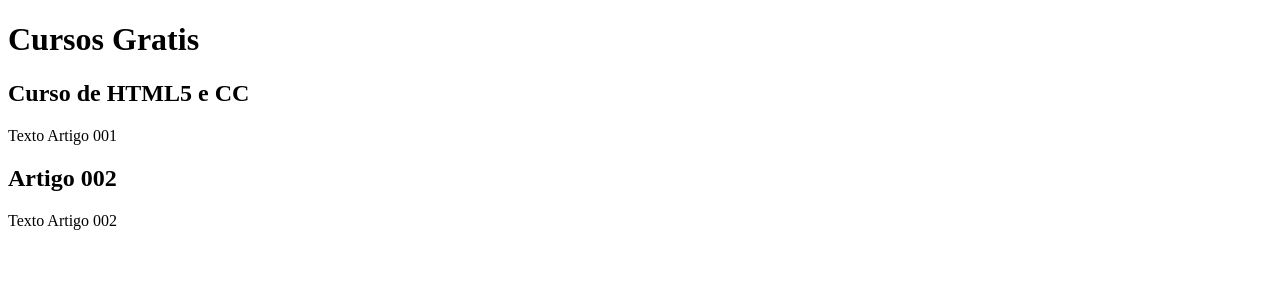
Repository: AnthonyLuanSantos/projeto-site
Page: index.html
The author's editor kept a copy of each file at every save. The page is drawn from the files as they stood at one save, then again after the next save.
The browser window is 1280 px wide. The pictures show the whole page.

Above is the page before, as saved 2024-08-18 20:38:19.

After the next save:
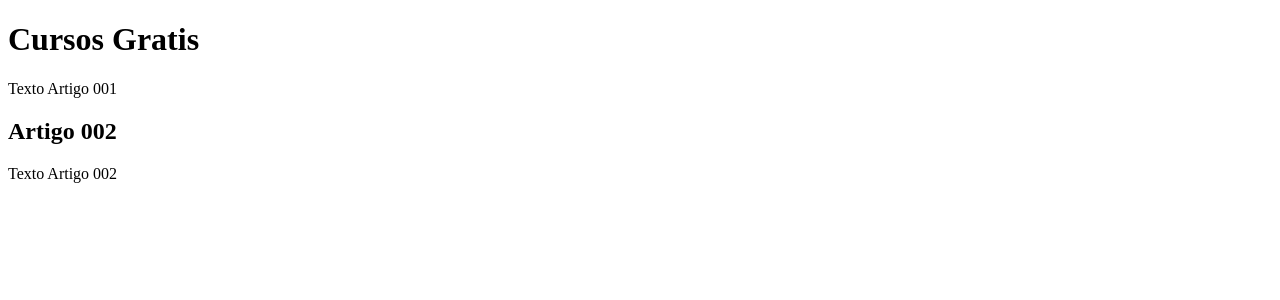
Saved 5 s later.
--- a/index.html
+++ b/index.html
@@ -11,7 +11,7 @@
             <h1>Cursos Gratis</h1>
         </header>
         <article>
-            <h2>Curso de HTML5 e CC</h2>
+</h2>
             <p>Texto Artigo 001</p>
         </article>
         <article>
